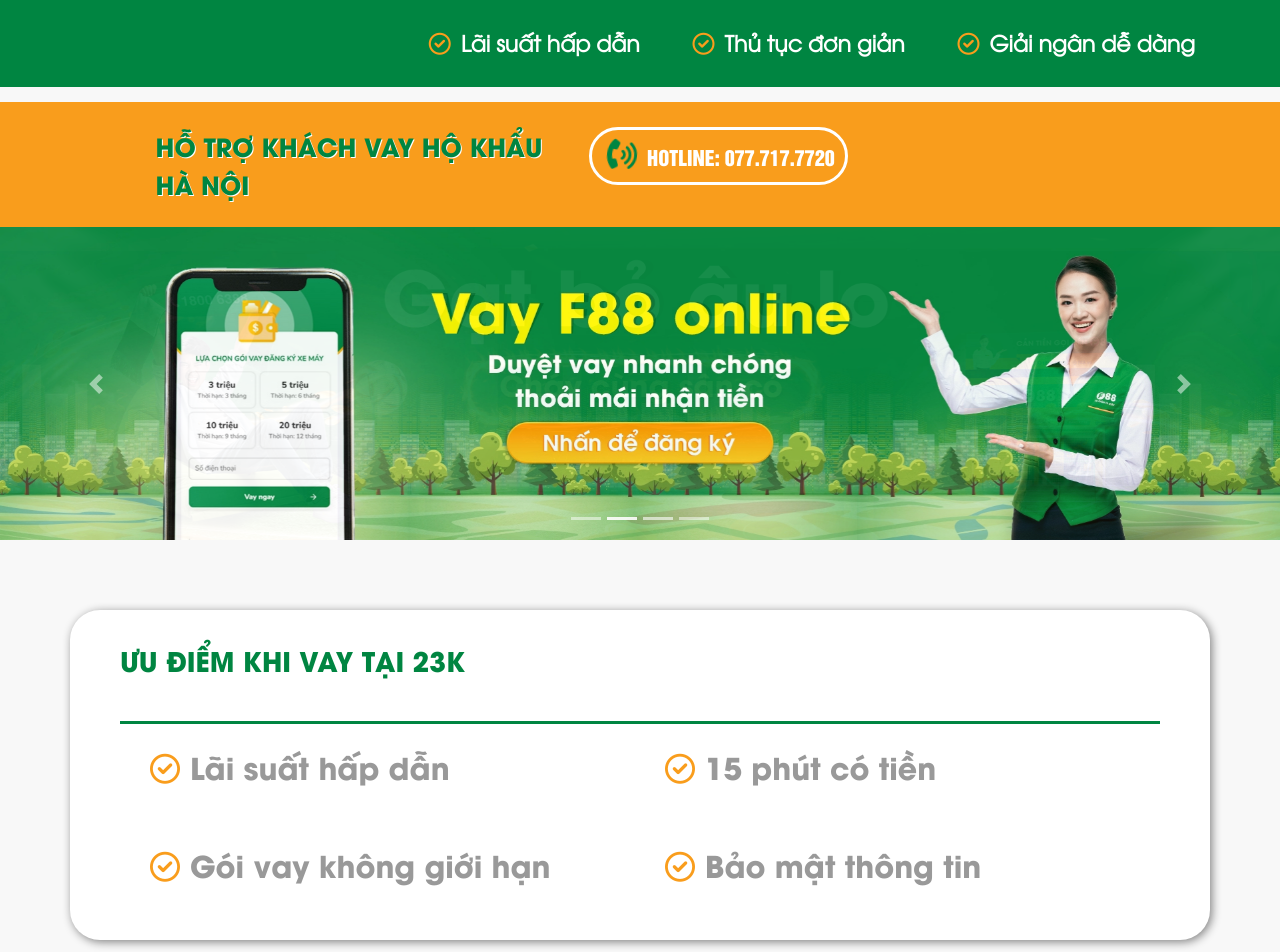
Repository: anhtu2110/23k.vn
Page: theme/index.html
The author's editor kept a copy of each file at every save. The page is drawn from the files as they stood at one save, then again after the next save.
The browser window is 1280 px wide. The pictures show the part of the page from y = 0 to 952 px (the page is 1984 px tall).
A picture or video elsewhere on the page could not be fetched, so the positions and the page height are approximate.

Above is the page before, as saved 2022-12-29 21:38:51.

After the next save:
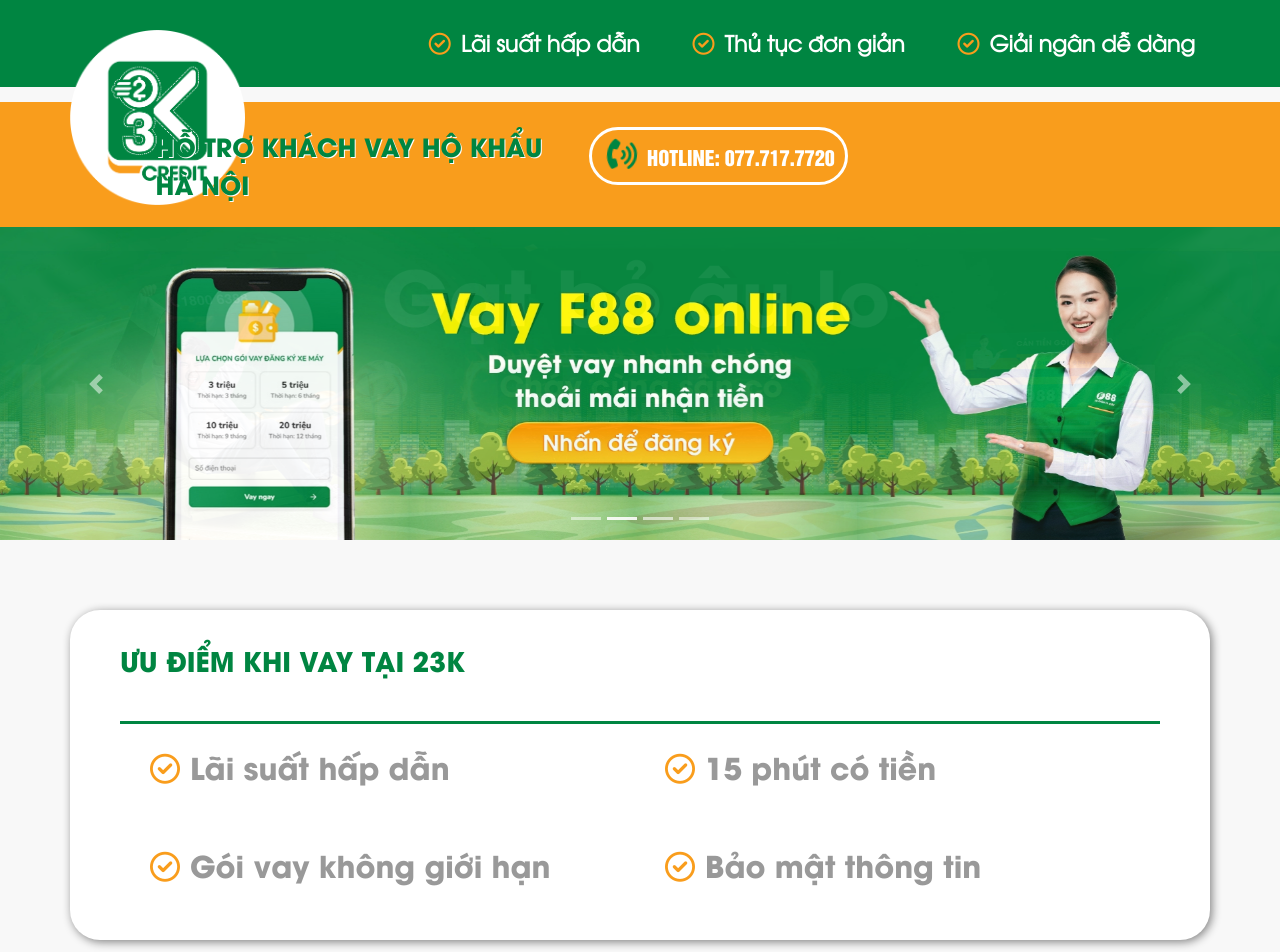
Saved 14 s later.
--- a/theme/index.html
+++ b/theme/index.html
@@ -26,11 +26,11 @@
         <div id="header">
             <div class="header-top">
                 <div class="container">
-                    <!-- <div class="logo">
+                    <div class="logo">
                         <a href="" class="logo">
                             <img src="./public/images/LOGO.png" alt="">
                         </a>
-                    </div> -->
+                    </div>
                     <ul class="benefit">
                         <li class="benefit-item">Lãi suất hấp dẫn</li>
                         <li class="benefit-item">Thủ tục đơn giản </li>
